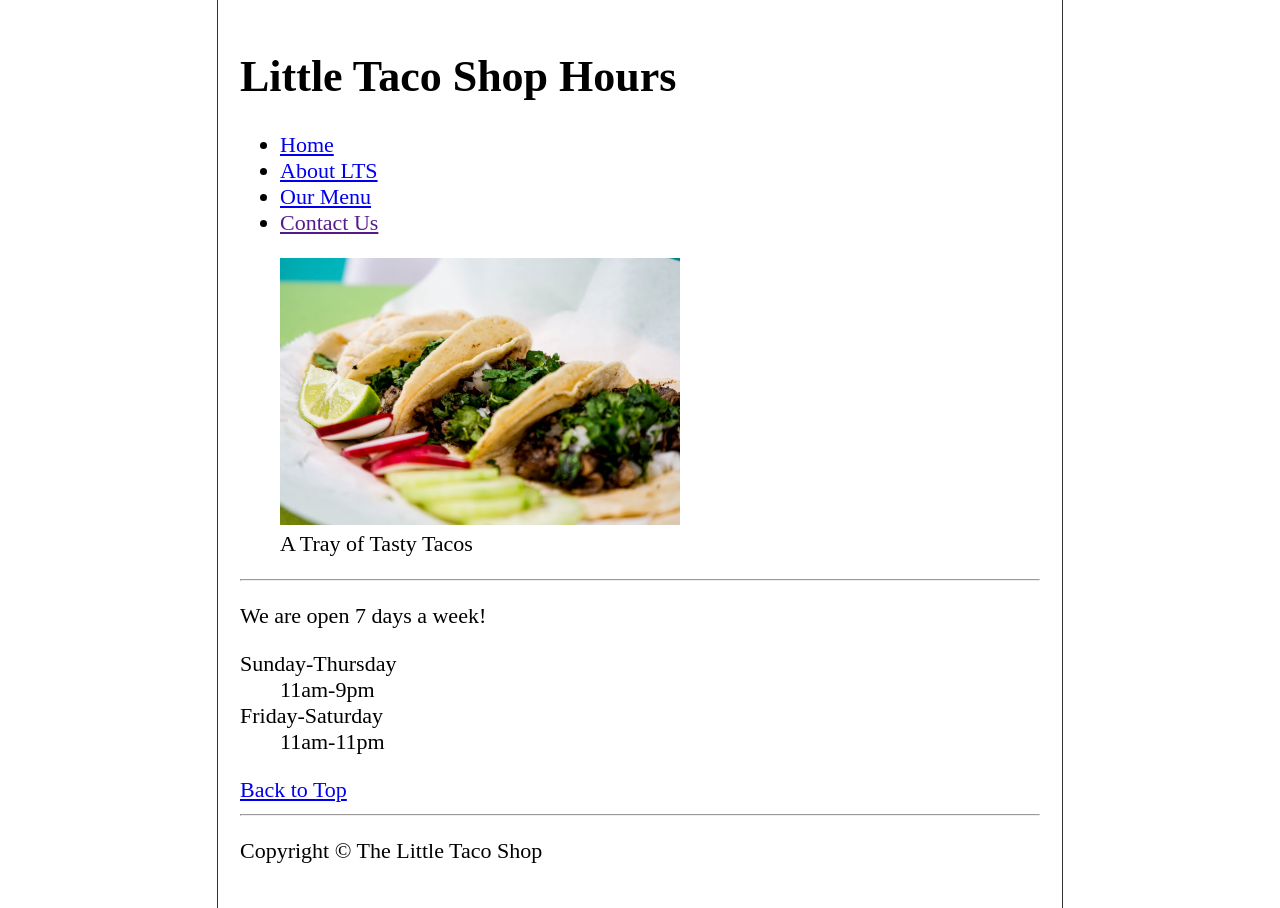
Repository: Israa-Odeh/html-basics-project
Page: hours.html
These files come from the project's save history. The page is drawn as it stood at one moment and after a run of saves; the edit follows.
The browser window is 1280 px wide. The pictures show the whole page.

Above is the page before, as saved 2024-08-20 03:36:59.

### hours.html
<!DOCTYPE html>
<html lang="en">

<head>
    <meta charset="UTF-8">
    <meta name="author" content="Israa Odeh">
    <meta name="description"
        content="Little Taco Shop is open every day of the week. Come enjoy our tasty tacos and more during our convenient hours.">
    <title>Working Hours - LTS</title>
    <link rel="icon" href="favicon.ico" type="image/x-icon">
    <link rel="stylesheet" href="css/style.css">
</head>

<body>
    <header>
        <h1>Little Taco Shop Hours</h1>
        <nav>
            <ul>
                <li>
                    <a href="index.html">Home</a>
                </li>
                <li>
                    <a href="index.html#about">About LTS</a>
                </li>
                <li>
                    <a href="index.html#menu">Our Menu</a>
                </li>
                <li>
                    <a href="">Contact Us</a>
                </li>
            </ul>
        </nav>
        <figure>
            <img src="img/tacos_tray_400x267.png"
                alt="A tray of tacos topped with fresh onions and vibrant parsley, accompanied by sliced lemons and radishes."
                width="400" height="267">
            <figcaption>A Tray of Tasty Tacos</figcaption>
        </figure>
    </header>

    <hr>

    <main>
        <section>
            <p>We are open 7 days a week!</p>
            <dl>
                <dt>Sunday-Thursday</dt>
                <dd><time datetime="11:00">11am</time>-<time datetime="21:00">9pm</time></dd>
                <dt>Friday-Saturday</dt>
                <dd><time datetime="11:00">11am</time>-<time datetime="23:00">11pm</time></dd>
            </dl>
        </section>
    </main>

    <footer>
        <a href="#top">Back to Top</a>
        <hr>
        <p>Copyright &copy; The Little Taco Shop</p>
    </footer>

</body>

</html>

Loaded but not shown: css/style.css (common file)

After the next 2 saves:
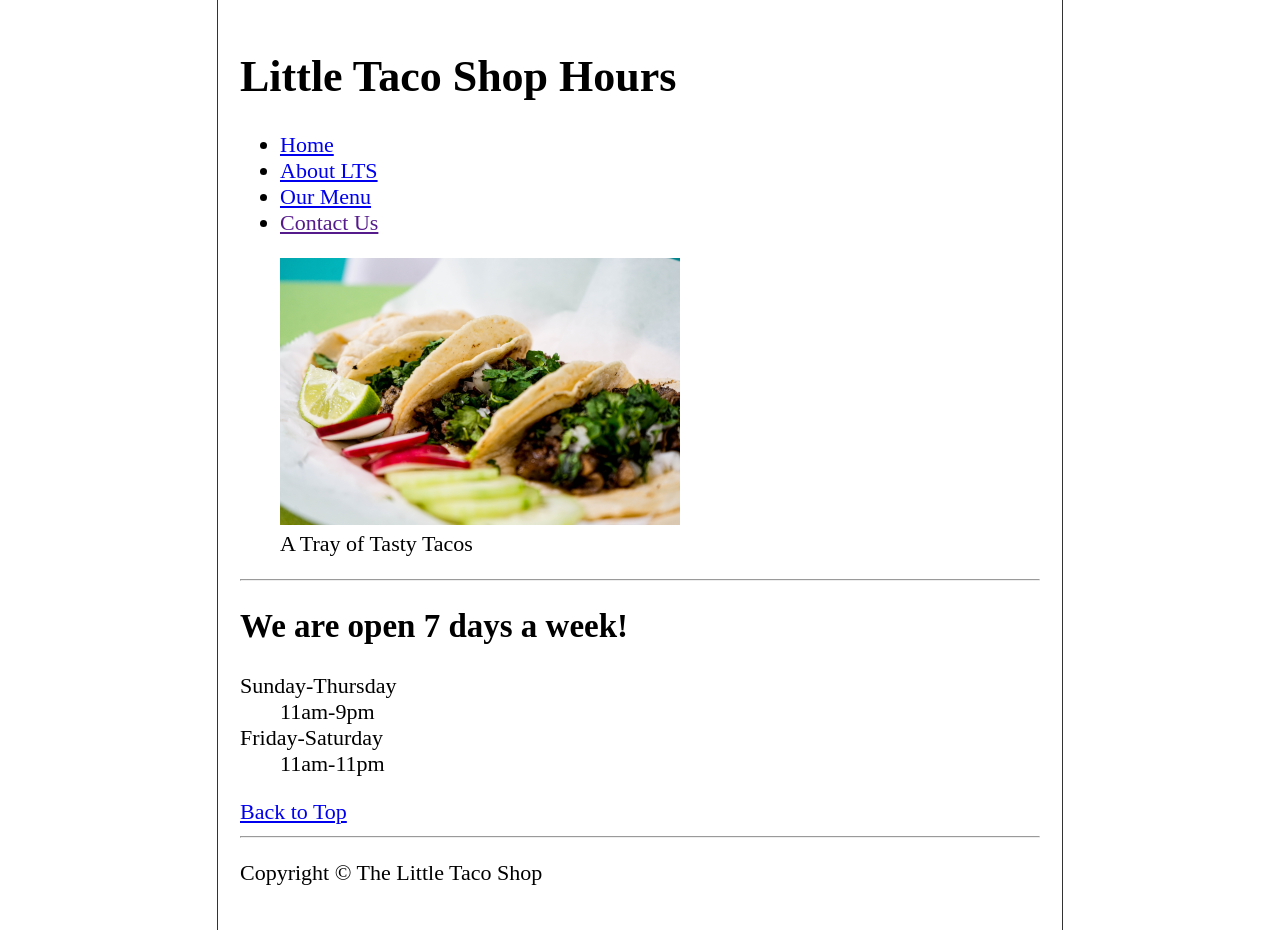
The 2 saves are shown as one change because they came seconds apart.
The last was saved 2 min 22 s later.
--- a/hours.html
+++ b/hours.html
@@ -42,7 +42,7 @@
 
     <main>
         <section>
-            <p>We are open 7 days a week!</p>
+            <h2>We are open 7 days a week!</h2>
             <dl>
                 <dt>Sunday-Thursday</dt>
                 <dd><time datetime="11:00">11am</time>-<time datetime="21:00">9pm</time></dd>

After the save that followed:
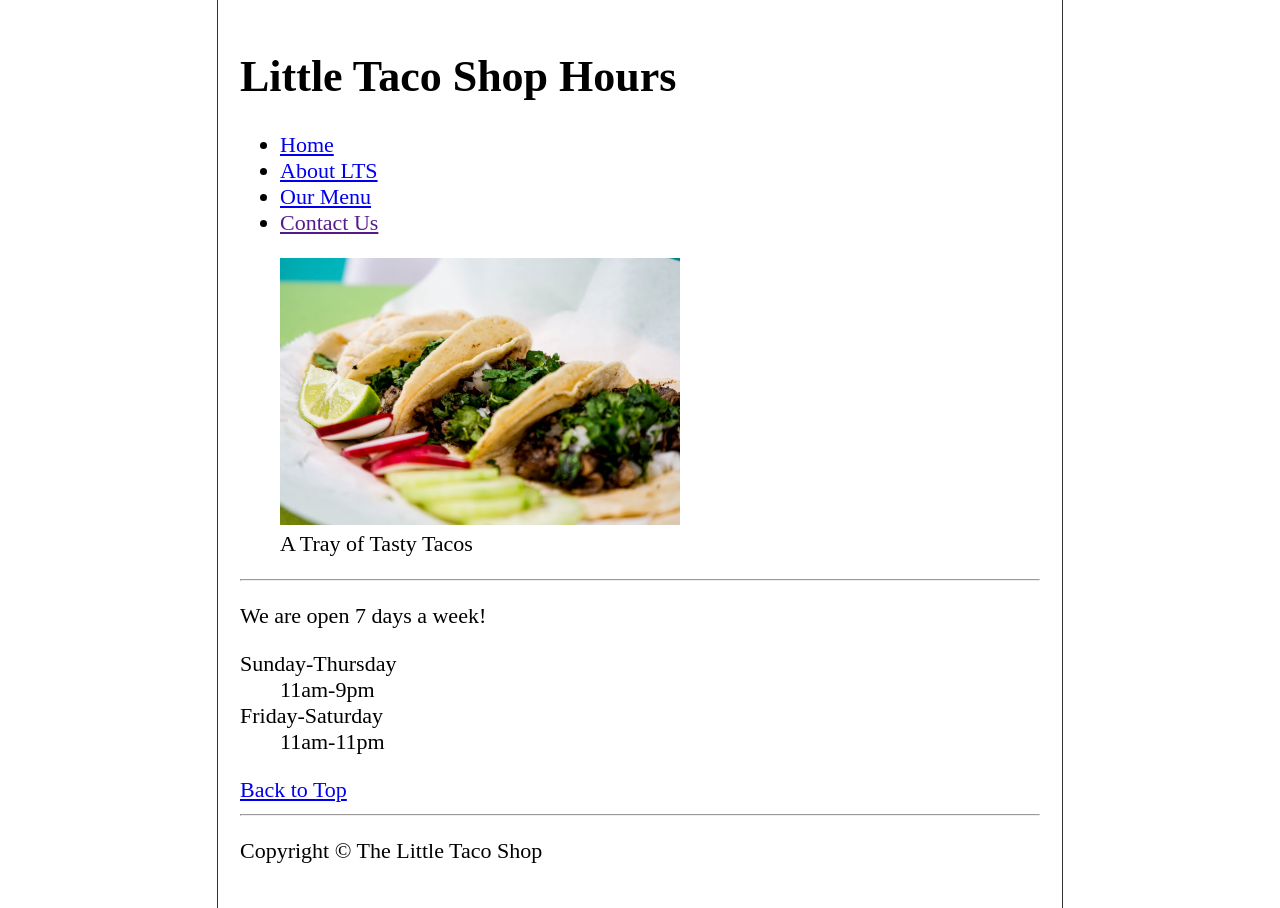
Saved 20 s later.
--- a/hours.html
+++ b/hours.html
@@ -42,7 +42,7 @@
 
     <main>
         <section>
-            <h2>We are open 7 days a week!</h2>
+            <p>We are open 7 days a week!</p>
             <dl>
                 <dt>Sunday-Thursday</dt>
                 <dd><time datetime="11:00">11am</time>-<time datetime="21:00">9pm</time></dd>
